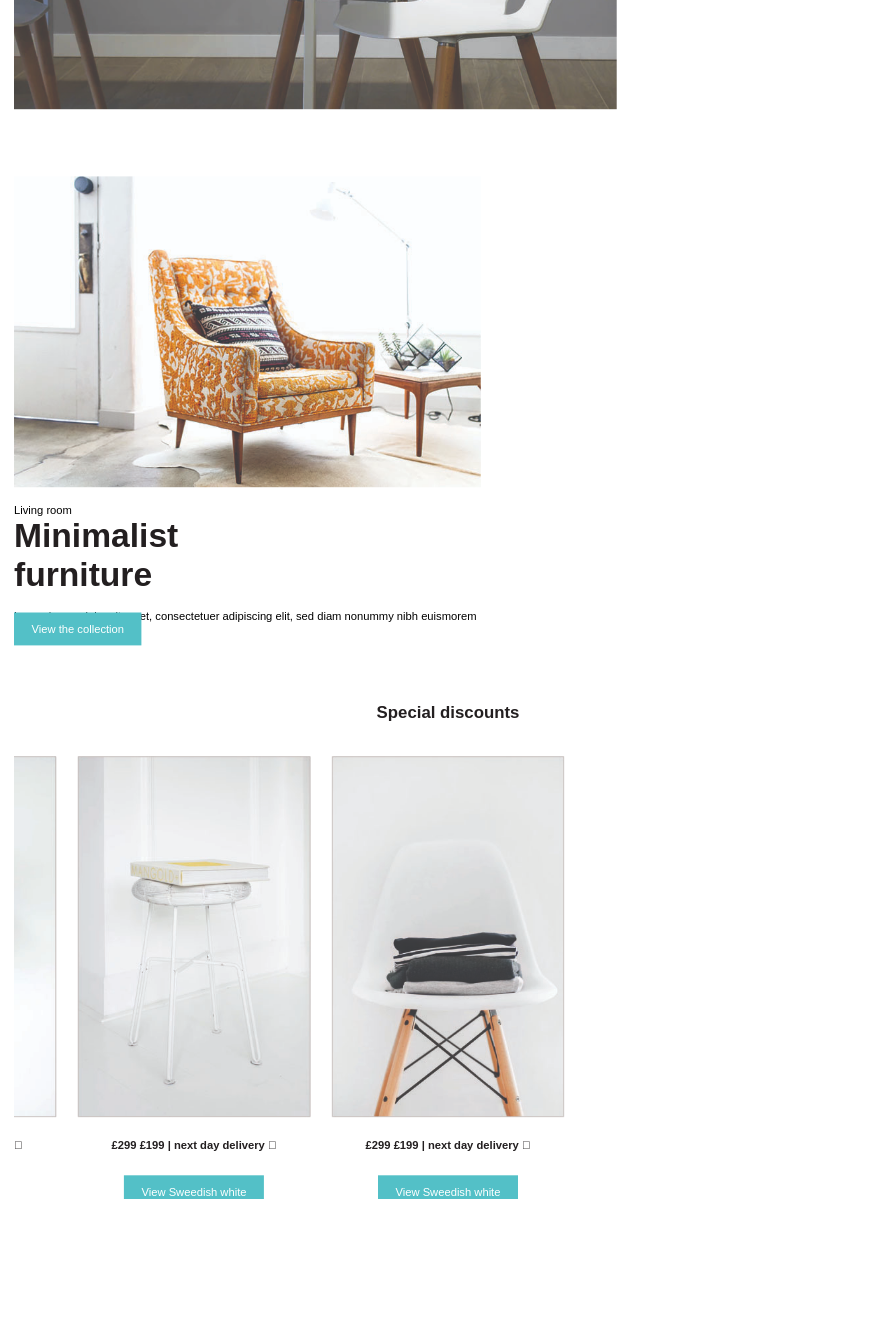
Repository: dinhhaidh/republic-web
Page: index.html
An editor plug-in stored every save of this project. The page is shown before and after the next save, followed by the edit.
The browser window is 1280 px wide. The pictures show the part of the page from y = 1030 to 2950 px (the page is 2950 px tall before and 2939 px after), at 70% of full size.
Some web fonts or font styles are not loaded; a fallback is used. Some web libraries are served in a nearby version.

Above is the page before, as saved 2024-01-24 18:18:06.

After the next save:
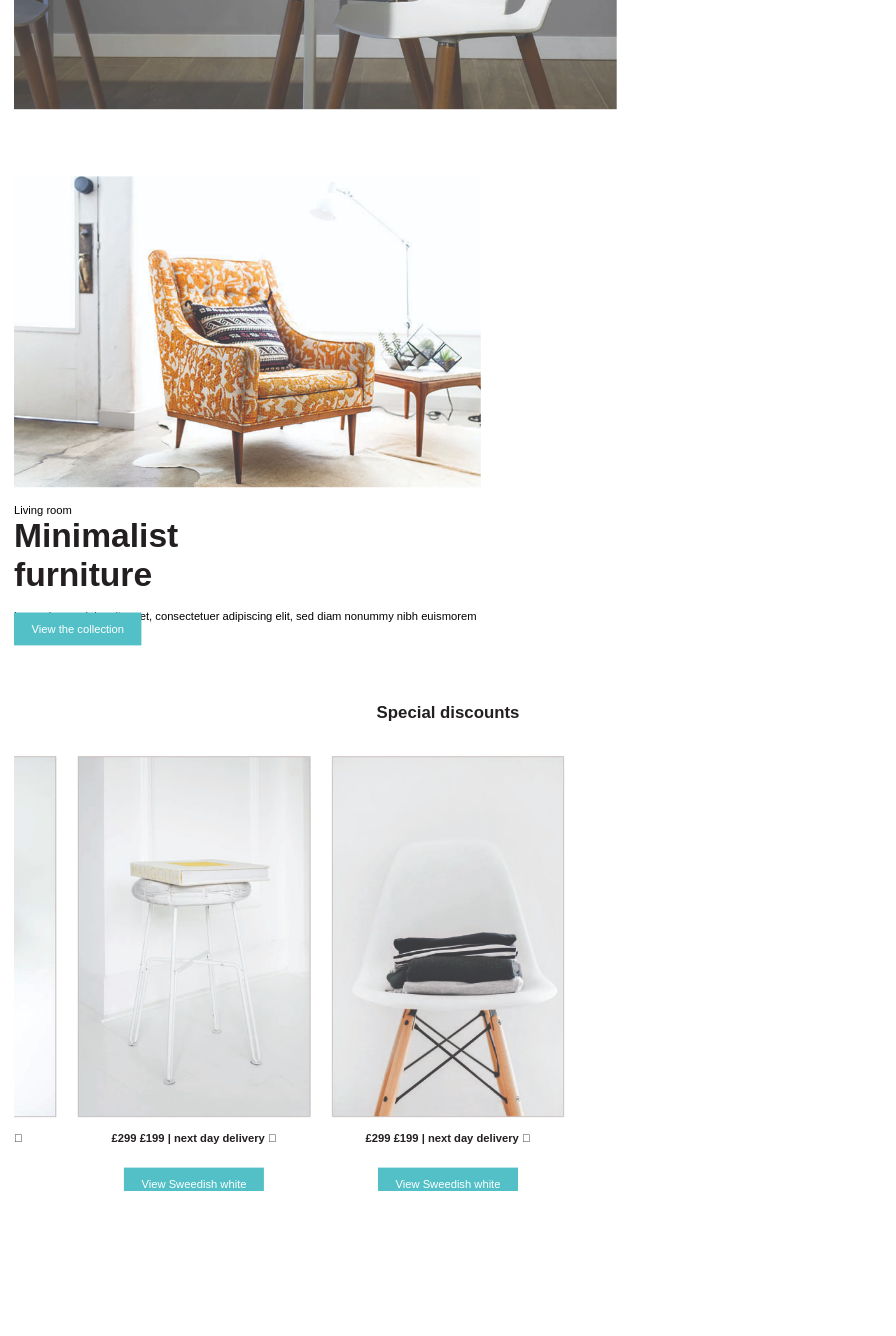
Saved 37 min 58 s later.
--- a/style.css
+++ b/style.css
@@ -332,7 +332,7 @@ img {
 }
 
 .lounge h4{
-  margin-top: 2rem;
+  margin-top: 1.3rem;
   margin-bottom: var(--bigger-font-size);
 }
 .button__link{
